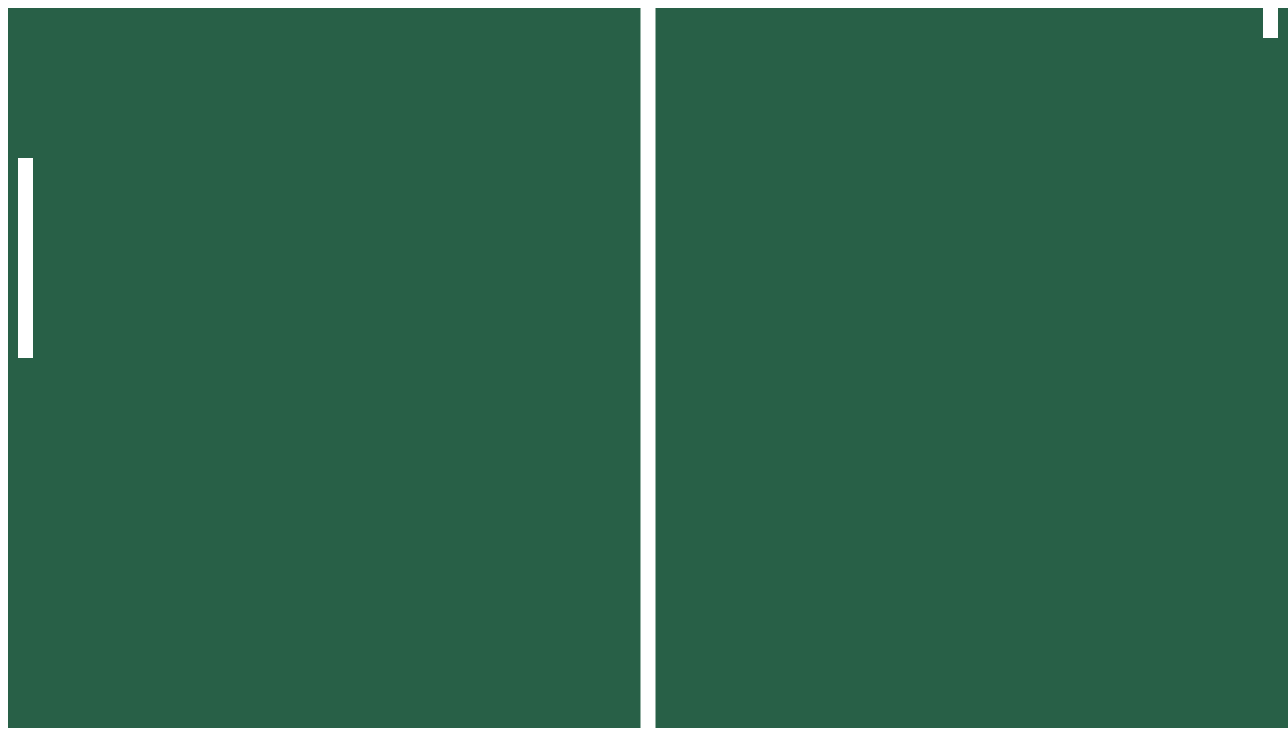
Repository: AkirahCarvalho/ping_pong
Page: index.html
An editor plug-in stored every save of this project. The page is shown before and after the next save, followed by the edit.
The browser window is 1280 px wide. The page is 1288 px wide, then 1280 px, then 1288 px, so the pictures cover 1288 px, including what lies to the right of the window. The pictures show the whole page.

Above is the page before, as saved 2024-03-26 16:04:11.

### index.html
<!DOCTYPE html>
<html lang="en">
<head>
    <meta charset="UTF-8">
    <meta name="viewport" content="width=device-width, initial-scale=1.0">
    <title>PING PONG</title>

</head>
<body>
    <canvas>

    </canvas>
    <script>
        const canvasEl = document.querySelector("canvas"),
         canvasCtx = canvasEl.getContext("2d")

         const lineWidth=15

        function setup(){ //roda o elemento
            canvasEl.width = canvasCtx.width = window.innerWidth
            canvasEl.height = canvasCtx.height = window.innerHeight
        }

        function draw(){
            canvasCtx.fillStyle="#286047"
            canvasCtx.fillRect(0,0, window.innerWidth, window.innerHeight)

            canvasCtx.fillStyle="#ffffff"

            const x=window.innerWidth / 2 - lineWidth / 2
            const y=0
            const w=lineWidth
            const h=window.innerHeight

            canvasCtx.fillRect(x, y, w, h)
          //desenhando raquete esquerda
            canvasCtx.fillRect(10, 150, lineWidth, 200)
            //desenhando raquete direita
            canvasCtx.fillRect(window.innerWidth-lineWidth-10, y, lineWidth, 30)
        }

        setup()
        draw()
    </script>
</body>
</html>

After the next save:
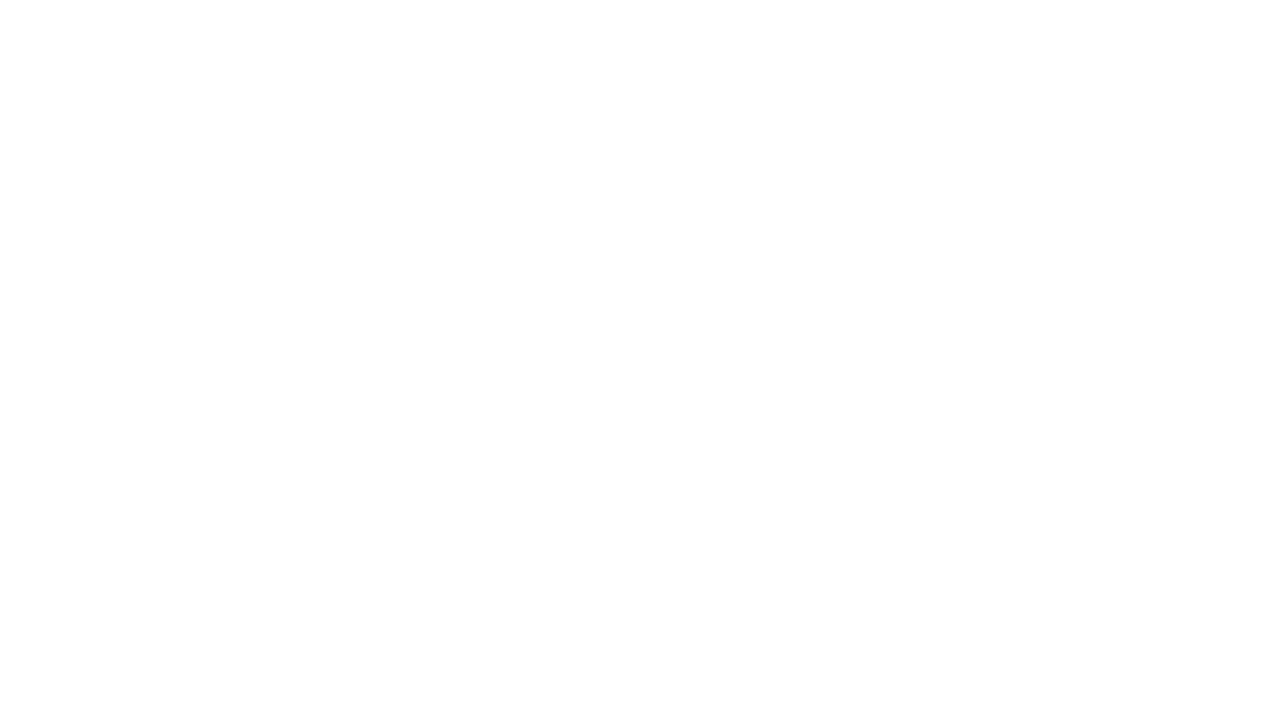
Console error: SyntaxError: Unexpected token ','
Saved 9 s later.
--- a/index.html
+++ b/index.html
@@ -36,7 +36,7 @@
           //desenhando raquete esquerda
             canvasCtx.fillRect(10, 150, lineWidth, 200)
             //desenhando raquete direita
-            canvasCtx.fillRect(window.innerWidth-lineWidth-10, y, lineWidth, 30)
+            canvasCtx.fillRect(window.innerWidth-lineWidth-10, , lineWidth, 30)
         }
 
         setup()

After the save that followed:
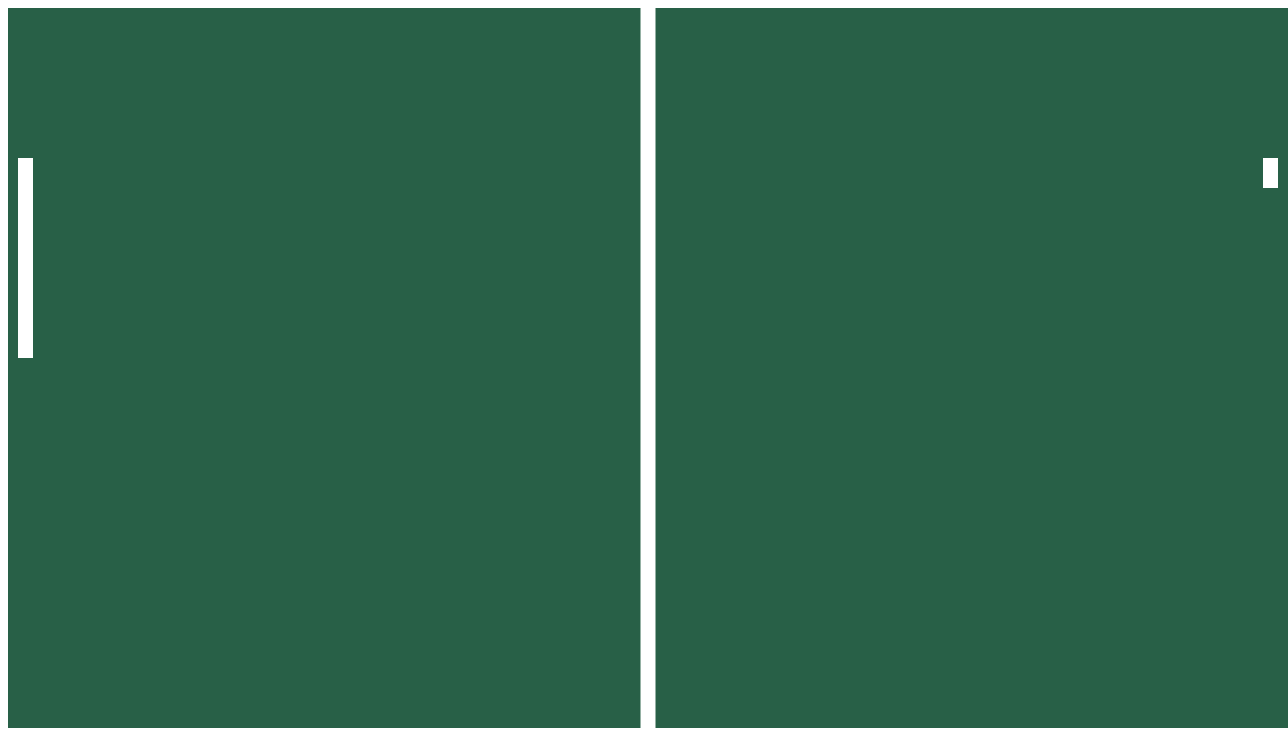
The error is gone.
Saved 63 s later.
--- a/index.html
+++ b/index.html
@@ -36,7 +36,7 @@
           //desenhando raquete esquerda
             canvasCtx.fillRect(10, 150, lineWidth, 200)
             //desenhando raquete direita
-            canvasCtx.fillRect(window.innerWidth-lineWidth-10, , lineWidth, 30)
+            canvasCtx.fillRect(window.innerWidth-lineWidth-10, 150, lineWidth, 30)
         }
 
         setup()
